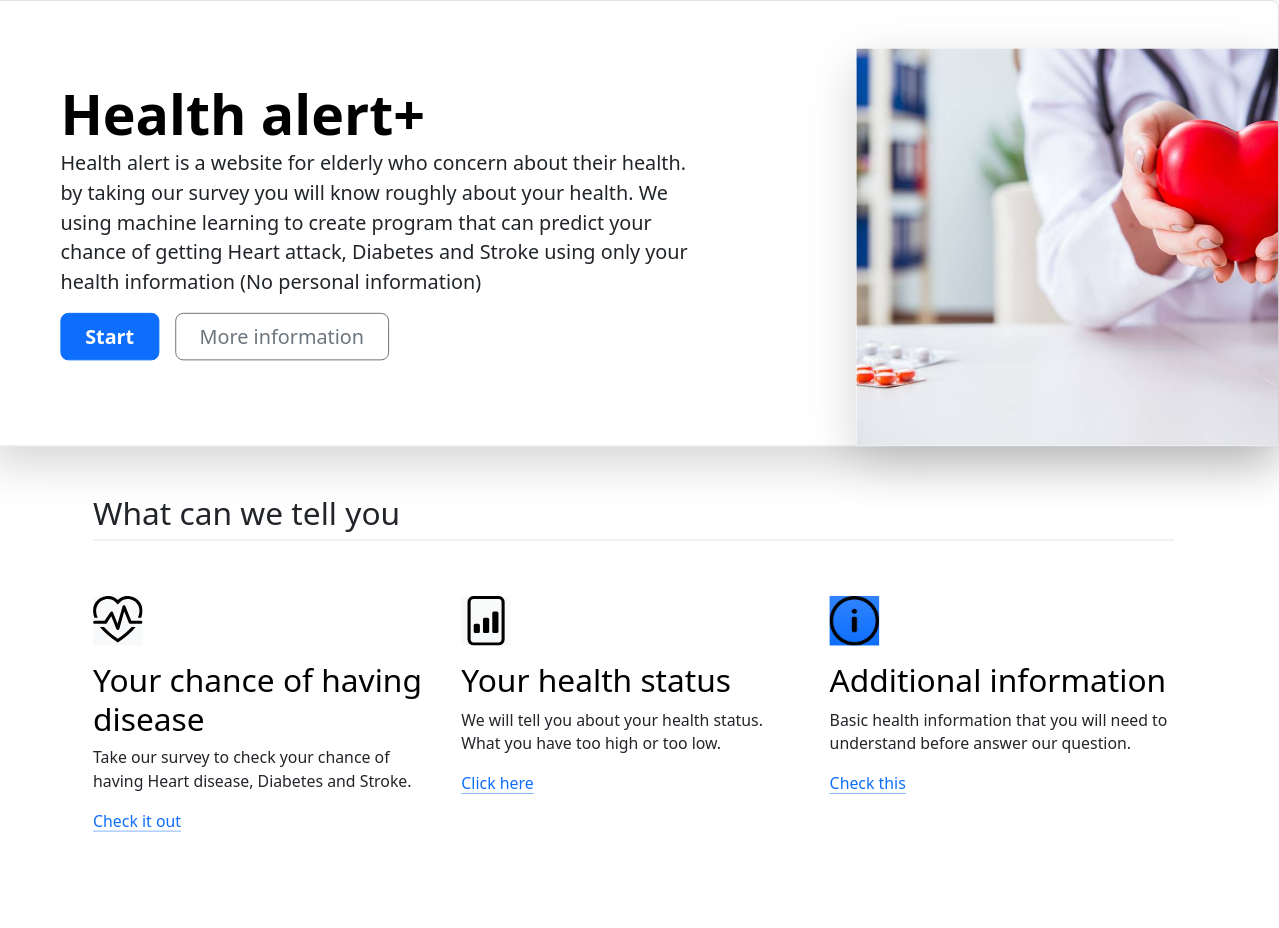
Repository: aneforollll/webapp
Page: index.html
The author's editor kept a copy of each file at every save. The page is drawn from the files as they stood at one save, then again after the next save.
The browser window is 1280 px wide. The page is 1292 px wide, so the pictures cover 1292 px, including what lies to the right of the window. The pictures show the whole page, at 99% of full size.

Above is the page before, as saved 2024-01-09 09:37:07.

After the next save:
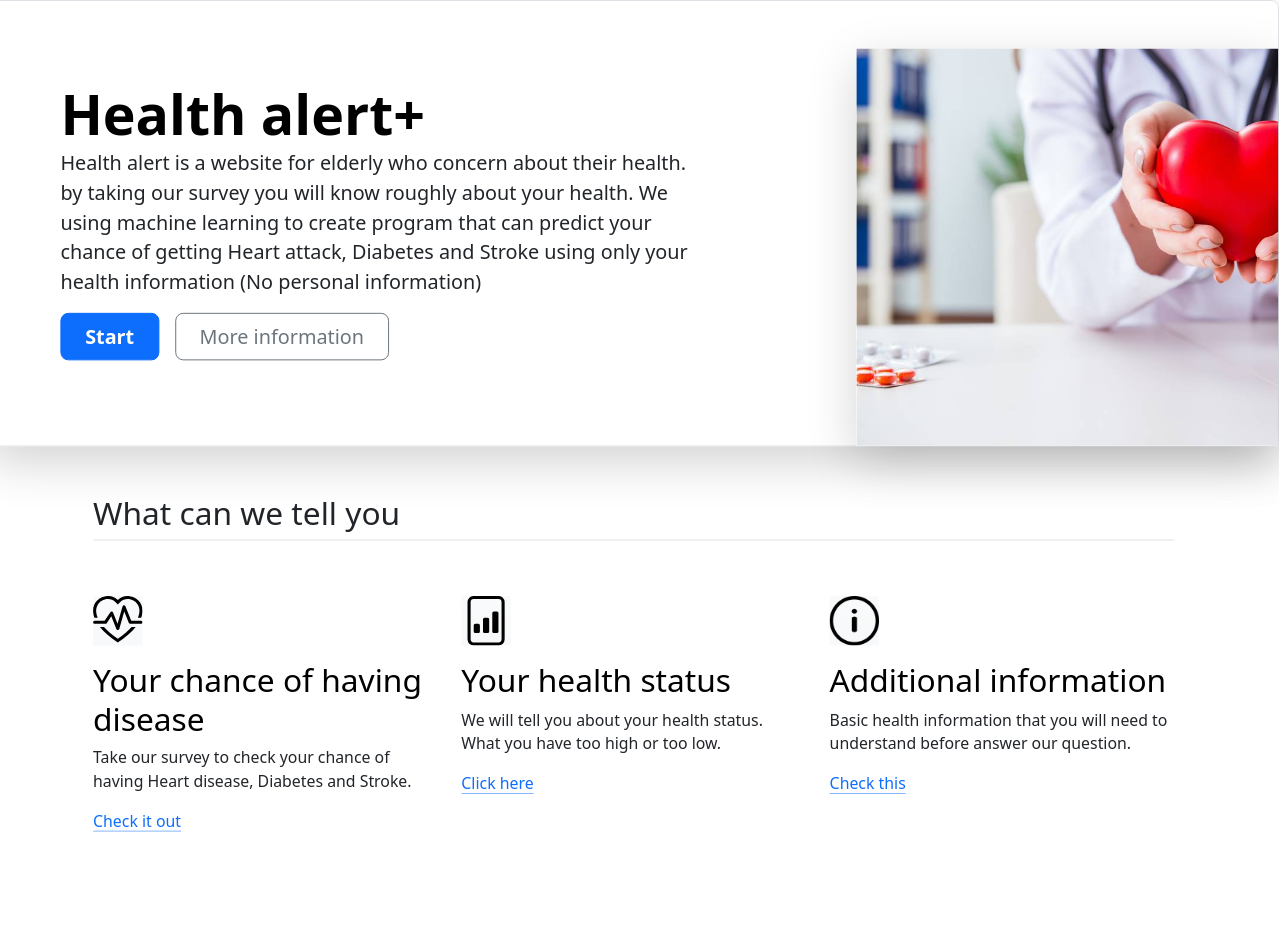
Saved 1 s later.
--- a/index.html
+++ b/index.html
@@ -56,7 +56,7 @@
             </a>
           </div>
           <div class="feature col">
-            <div class="feature-icon d-inline-flex align-items-center justify-content-center text-bg-primary bg-gradient fs-2 mb-3">
+            <div class="feature-icon d-inline-flex align-items-center justify-content-center text-bg-light bg-gradient fs-2 mb-3">
               <img class="rounded" src="images/info.png" width="50" height="50" fill="light" >
             </div>
             <h3 class="fs-2 text-body-emphasis">Additional information</h3>
